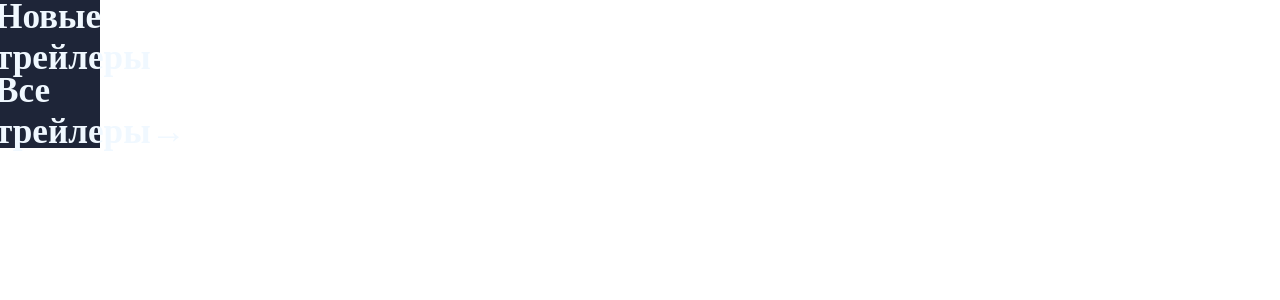
Repository: KHANas02/code
Page: index.html
An editor plug-in stored every save of this project. The page is shown before and after a run of saves, followed by the edit.
The browser window is 1280 px wide. The pictures show the whole page.

Above is the page before, as saved 2024-03-14 13:37:34.

### index.html
<!DOCTYPE html>
<html lang="en">
<head>
    <meta charset="UTF-8">
    <meta name="viewport" content="width=device-width, initial-scale=1.0">
    <title>Document</title>
    <link rel="stylesheet" href="./style.css">
</head>
<body>
        <div class="divONE">
      <b><h1 class="text1">Новые трейлеры</h1></b>
      <b><h1 class="text2">Все трейлеры→</h1></b>
      <div class="divI">










</body>
</html>

### style.css
* {
  padding: 0;
  margin: 0;
  box-sizing: border-box;
}
h1 {
  transform: scale(1.1);
}
.divONE {
  width: 100px;
  height: ;
  background-color: #1e2538;
}
h1 {
  color: aliceblue;
}

After the next 2 saves:
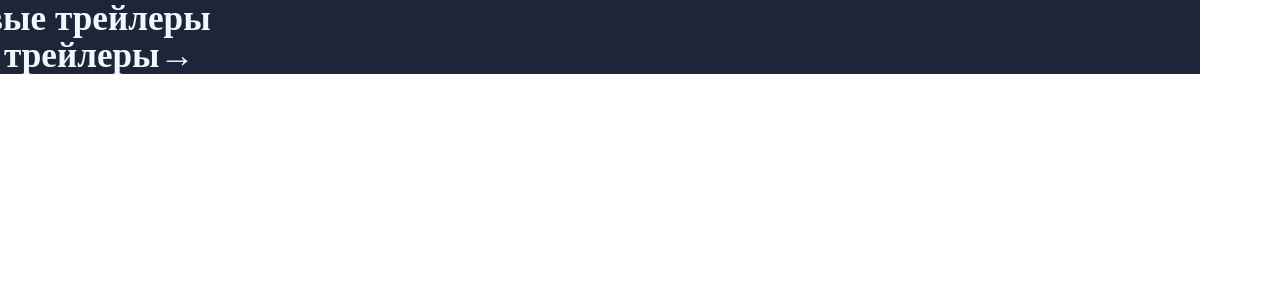
The 2 saves are shown as one change because they came seconds apart.
The last was saved 7 s later.
--- a/style.css
+++ b/style.css
@@ -7,7 +7,7 @@
   transform: scale(1.1);
 }
 .divONE {
-  width: 100px;
+  width: 1200px;
   height: ;
   background-color: #1e2538;
 }
